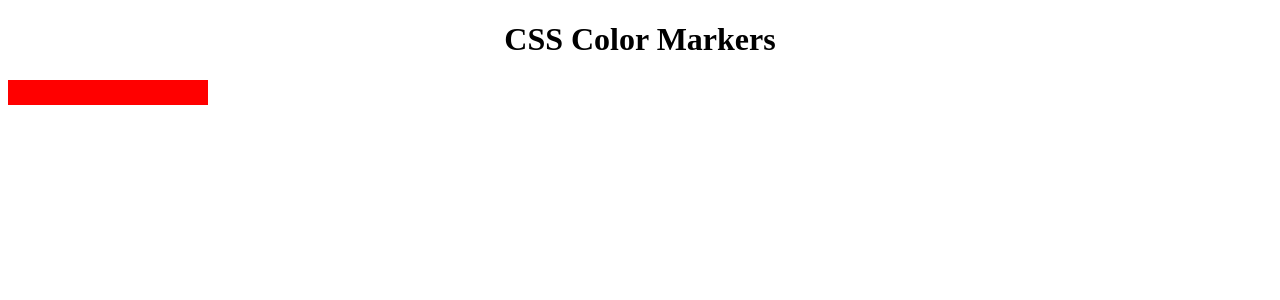
Repository: AimenDje/ColoredMarkers
Page: index.html
The author's editor kept a copy of each file at every save. The page is drawn from the files as they stood at one save, then again after the next save.
The browser window is 1280 px wide. The pictures show the whole page.

Above is the page before, as saved 2025-05-08 00:54:36.

After the next save:
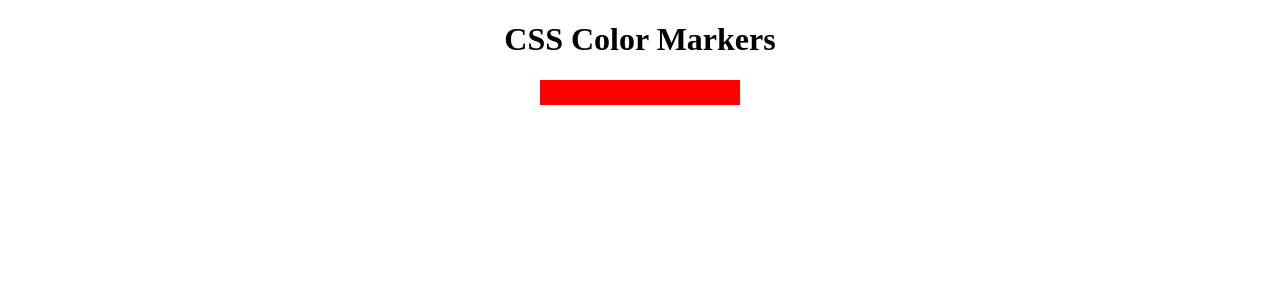
Saved 33 s later.
--- a/styles.css
+++ b/styles.css
@@ -3,7 +3,8 @@
 }
 
 .marker {
+    width: 200px;
+    height: 25px;
     background-color: red;
-    height:25px;
-    width:200px;
+    margin:auto;
   }
